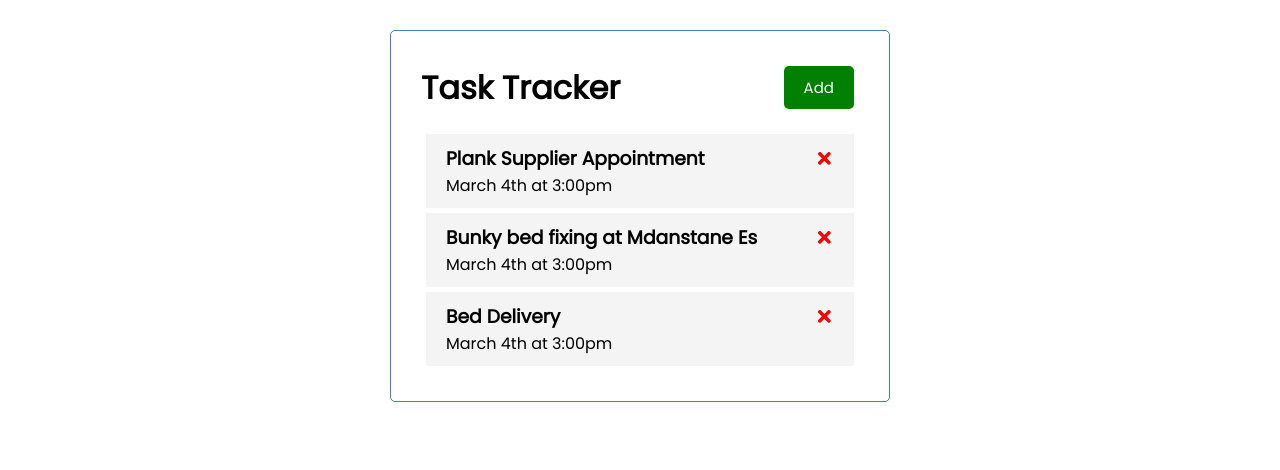
Repository: biggie-pti/task-tracker-react-app
Page: /
These files come from the project's save history. The page is drawn as it stood at one moment and after the next save; the edit follows.
The browser window is 1280 px wide. The pictures show the whole page.
The project was rebuilt for these pictures with package versions that can differ from the ones it lists, and the page was loaded fresh each time.

Above is the page before, as saved 2022-02-20 16:13:51.

After the next save:
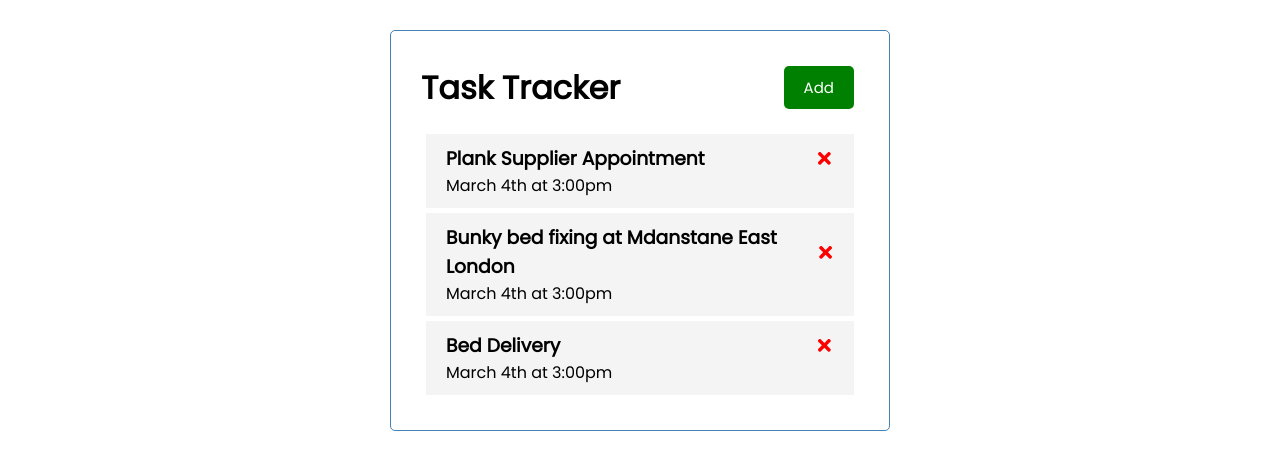
Saved 5 s later.
--- a/src/App.js
+++ b/src/App.js
@@ -14,7 +14,7 @@ function App() {
         },
         {
             id: 2,
-            text: 'Bunky bed fixing at Mdanstane Es',
+            text: 'Bunky bed fixing at Mdanstane East London',
             day: 'March 4th at 3:00pm',
             reminder: true,
         },
